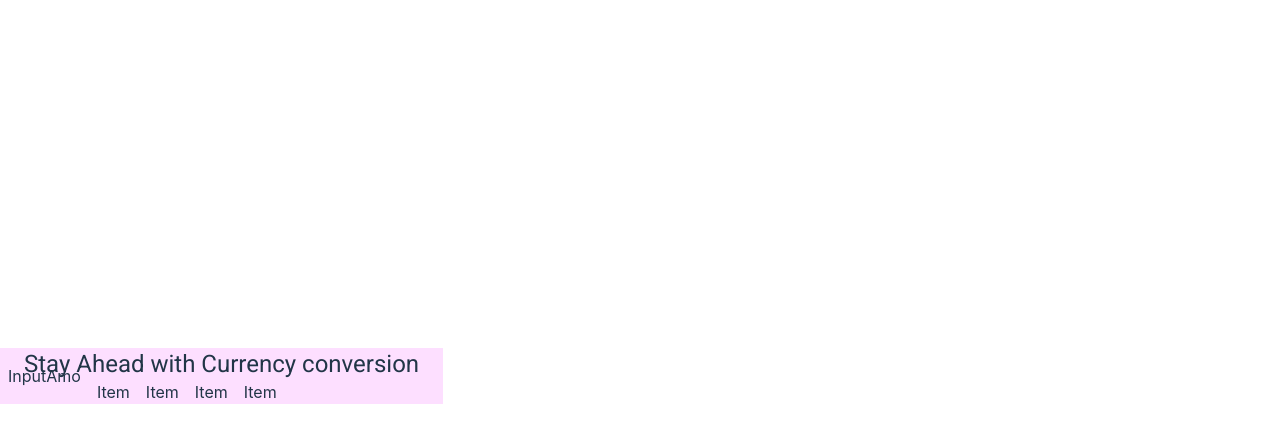
Repository: Asad-devv/CURRENCY
Page: /
An editor plug-in stored every save of this project. The page is shown before and after a run of saves, followed by the edit.
The browser window is 1280 px wide. The pictures show the whole page.
The project was rebuilt for these pictures with package versions that can differ from the ones it lists, and the page was loaded fresh each time. Also part of the build but not shown: craco.config.js.

Above is the page before, as saved 2023-03-01 21:36:05.

After the next 5 saves:
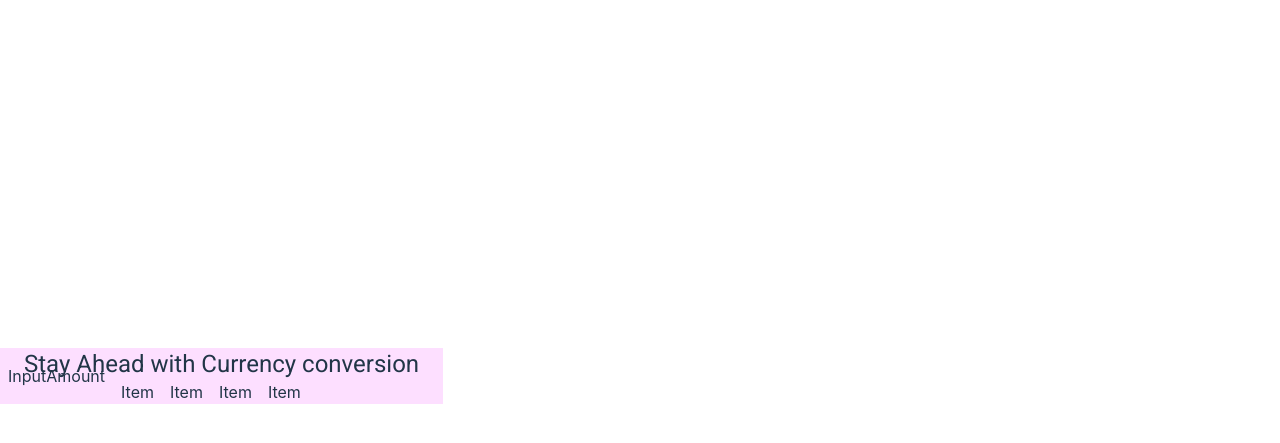
The 5 saves are shown as one change because 1 did not build or start and some came seconds apart.
The last was saved 25 s later.
--- a/src/App.jsx
+++ b/src/App.jsx
@@ -1,6 +1,7 @@
 import { Button, Container,Typography,Grid } from "@mui/material";
 import { useState } from "react";
 import reactLogo from "./assets/react.svg";
+import InputAmount from "./components/InputAmount";
 // import './App.css'
 
 function App() {
@@ -10,7 +11,7 @@ function App() {
     <Container maxWidth="md" sx={{ background: "#fddfff" }}>
       <Typography variant = "h5"sx={{mt:"2rem"}}>Stay Ahead with Currency conversion</Typography>
       <Grid container spacing ={2}>
-        InputAmo
+        <InputAmount></InputAmount>
         <Grid item>
           Item
         </Grid>
